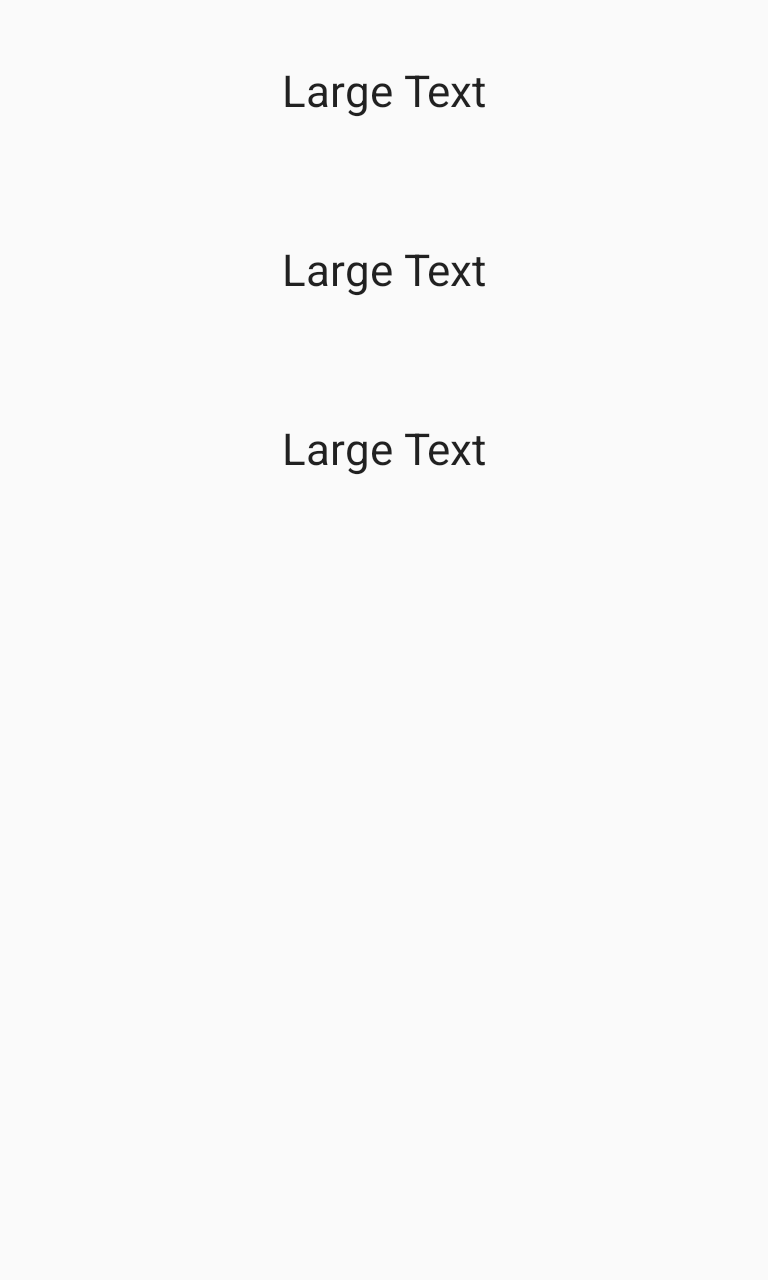
Repository: StefanoAraujo/MiniCurso.Android.Basico.Cadastro
Layout: Clientes/res/layout/activity_impressao.xml
The author's editor kept a copy of each file at every save. The layout is drawn from the files as they stood at one save, then again after the next save.
It is drawn on a 768 x 1280 px phone screen (xhdpi) without system bars, with theme AppTheme; the app's code is not run.

Above is the layout before, as saved 2015-03-01 19:19:01.

After the next save:
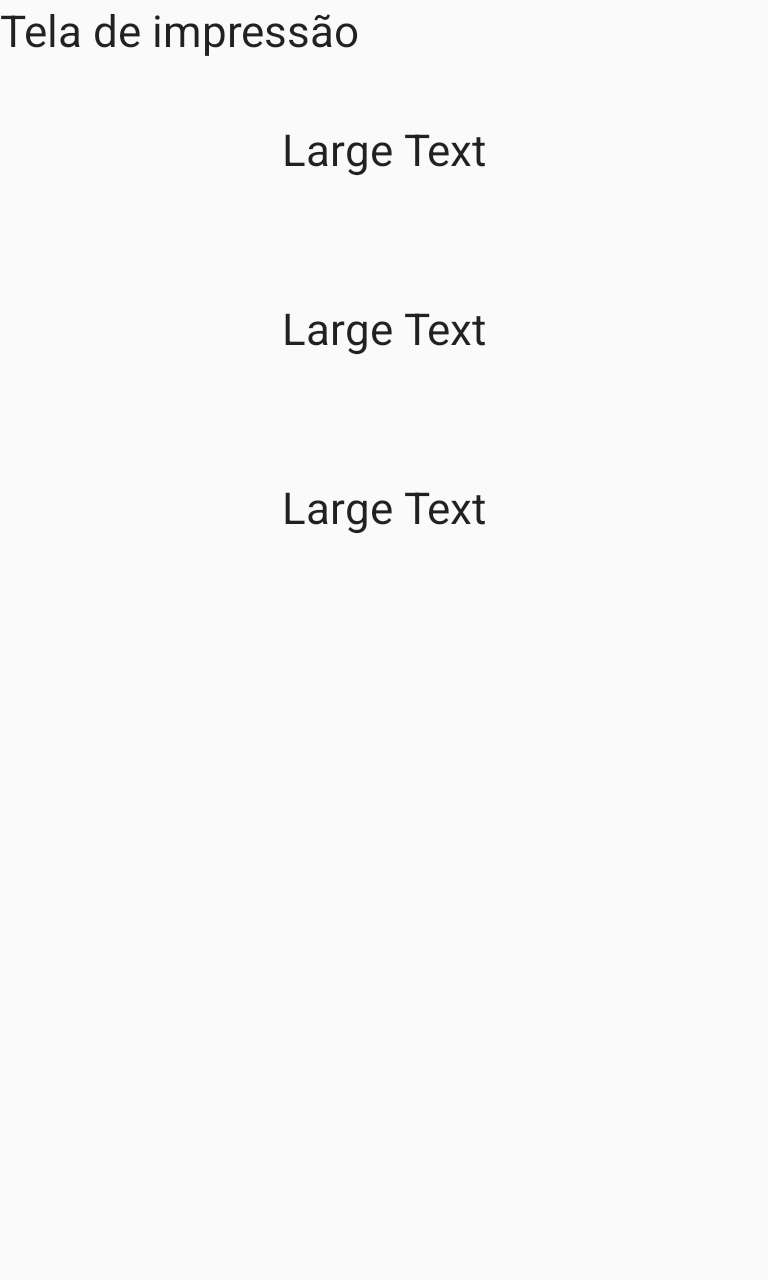
Saved 35 s later.
--- a/Clientes/res/layout/activity_impressao.xml
+++ b/Clientes/res/layout/activity_impressao.xml
@@ -3,6 +3,13 @@
     android:layout_width="match_parent"
     android:layout_height="match_parent"
     android:orientation="vertical" >
+
+    <TextView
+        android:id="@+id/textView1"
+        android:layout_width="wrap_content"
+        android:layout_height="wrap_content"
+        android:text="Tela de impressão"
+        android:textAppearance="?android:attr/textAppearanceLarge" />
 
     <TextView
         android:id="@+id/textViewNome"
